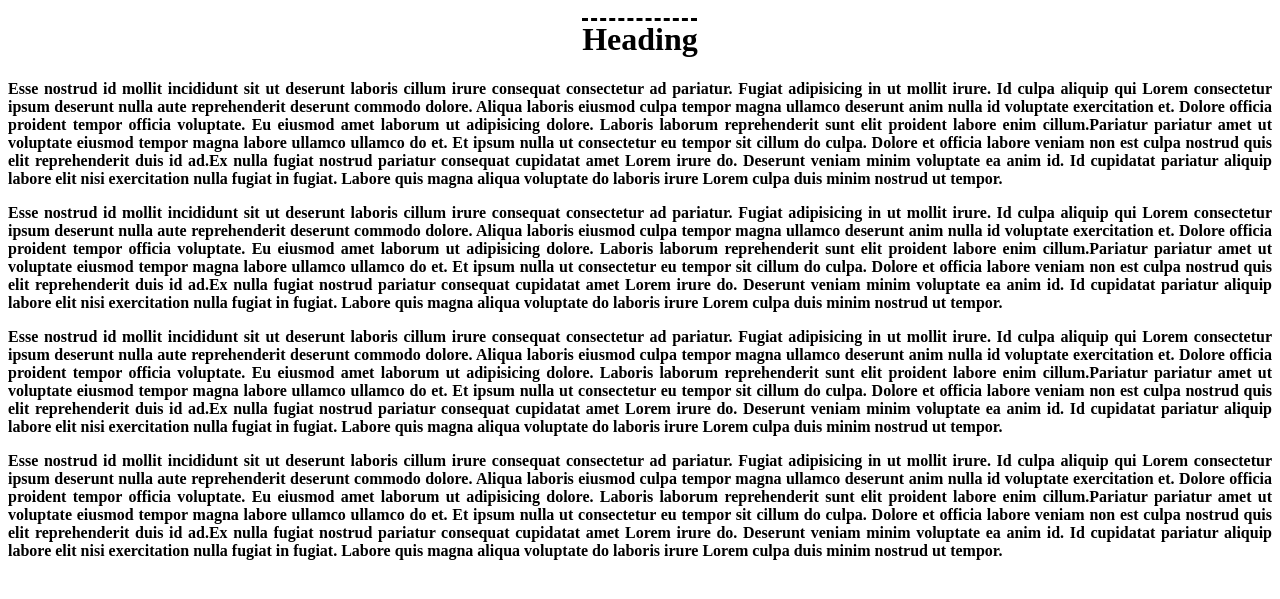
Repository: rakeshkolpepatil/CSS_Apana_College
Page: index.html
These files come from the project's save history. The page is drawn as it stood at one moment and after the next save; the edit follows.
The browser window is 1280 px wide. The pictures show the whole page.

Above is the page before, as saved 2023-06-22 09:42:24.

### index.html
<!DOCTYPE html>
<html lang="en">
<head>
  <meta charset="UTF-8">
  <meta name="viewport" content="width=device-width, initial-scale=1.0">
  <title>Document</title>
  <link rel="stylesheet" href="styleTwo.css">
</head>
<body>
  <h1> Heading </h1>
  <p id="pOne">Esse nostrud id mollit incididunt sit ut deserunt laboris cillum irure consequat consectetur ad pariatur. Fugiat adipisicing in ut mollit irure. Id culpa aliquip qui Lorem consectetur ipsum deserunt nulla aute reprehenderit deserunt commodo dolore. Aliqua laboris eiusmod culpa tempor magna ullamco deserunt anim nulla id voluptate exercitation et. Dolore officia proident tempor officia voluptate. Eu eiusmod amet laborum ut adipisicing dolore. Laboris laborum reprehenderit sunt elit proident labore enim cillum.Pariatur pariatur amet ut voluptate eiusmod tempor magna labore ullamco ullamco do et. Et ipsum nulla ut consectetur eu tempor sit cillum do culpa. Dolore et officia labore veniam non est culpa nostrud quis elit reprehenderit duis id ad.Ex nulla fugiat nostrud pariatur consequat cupidatat amet Lorem irure do. Deserunt veniam minim voluptate ea anim id. Id cupidatat pariatur aliquip labore elit nisi exercitation nulla fugiat in fugiat. Labore quis magna aliqua voluptate do laboris irure Lorem culpa duis minim nostrud ut tempor.
  </p>
  <p id="pTwo">Esse nostrud id mollit incididunt sit ut deserunt laboris cillum irure consequat consectetur ad pariatur. Fugiat adipisicing in ut mollit irure. Id culpa aliquip qui Lorem consectetur ipsum deserunt nulla aute reprehenderit deserunt commodo dolore. Aliqua laboris eiusmod culpa tempor magna ullamco deserunt anim nulla id voluptate exercitation et. Dolore officia proident tempor officia voluptate. Eu eiusmod amet laborum ut adipisicing dolore. Laboris laborum reprehenderit sunt elit proident labore enim cillum.Pariatur pariatur amet ut voluptate eiusmod tempor magna labore ullamco ullamco do et. Et ipsum nulla ut consectetur eu tempor sit cillum do culpa. Dolore et officia labore veniam non est culpa nostrud quis elit reprehenderit duis id ad.Ex nulla fugiat nostrud pariatur consequat cupidatat amet Lorem irure do. Deserunt veniam minim voluptate ea anim id. Id cupidatat pariatur aliquip labore elit nisi exercitation nulla fugiat in fugiat. Labore quis magna aliqua voluptate do laboris irure Lorem culpa duis minim nostrud ut tempor.
  </p>
  <p id="pThree">Esse nostrud id mollit incididunt sit ut deserunt laboris cillum irure consequat consectetur ad pariatur. Fugiat adipisicing in ut mollit irure. Id culpa aliquip qui Lorem consectetur ipsum deserunt nulla aute reprehenderit deserunt commodo dolore. Aliqua laboris eiusmod culpa tempor magna ullamco deserunt anim nulla id voluptate exercitation et. Dolore officia proident tempor officia voluptate. Eu eiusmod amet laborum ut adipisicing dolore. Laboris laborum reprehenderit sunt elit proident labore enim cillum.Pariatur pariatur amet ut voluptate eiusmod tempor magna labore ullamco ullamco do et. Et ipsum nulla ut consectetur eu tempor sit cillum do culpa. Dolore et officia labore veniam non est culpa nostrud quis elit reprehenderit duis id ad.Ex nulla fugiat nostrud pariatur consequat cupidatat amet Lorem irure do. Deserunt veniam minim voluptate ea anim id. Id cupidatat pariatur aliquip labore elit nisi exercitation nulla fugiat in fugiat. Labore quis magna aliqua voluptate do laboris irure Lorem culpa duis minim nostrud ut tempor.
  </p>
  <p id="pFour">Esse nostrud id mollit incididunt sit ut deserunt laboris cillum irure consequat consectetur ad pariatur. Fugiat adipisicing in ut mollit irure. Id culpa aliquip qui Lorem consectetur ipsum deserunt nulla aute reprehenderit deserunt commodo dolore. Aliqua laboris eiusmod culpa tempor magna ullamco deserunt anim nulla id voluptate exercitation et. Dolore officia proident tempor officia voluptate. Eu eiusmod amet laborum ut adipisicing dolore. Laboris laborum reprehenderit sunt elit proident labore enim cillum.Pariatur pariatur amet ut voluptate eiusmod tempor magna labore ullamco ullamco do et. Et ipsum nulla ut consectetur eu tempor sit cillum do culpa. Dolore et officia labore veniam non est culpa nostrud quis elit reprehenderit duis id ad.Ex nulla fugiat nostrud pariatur consequat cupidatat amet Lorem irure do. Deserunt veniam minim voluptate ea anim id. Id cupidatat pariatur aliquip labore elit nisi exercitation nulla fugiat in fugiat. Labore quis magna aliqua voluptate do laboris irure Lorem culpa duis minim nostrud ut tempor.
  </p>
</body>
</html>

### styleTwo.css
h1{
  text-align: center;
  text-decoration:  dotted underline  ;
  text-decoration:  dashed overline  ;
}
p{
  text-align: justify;
  font-weight: 700;
}

After the next save:
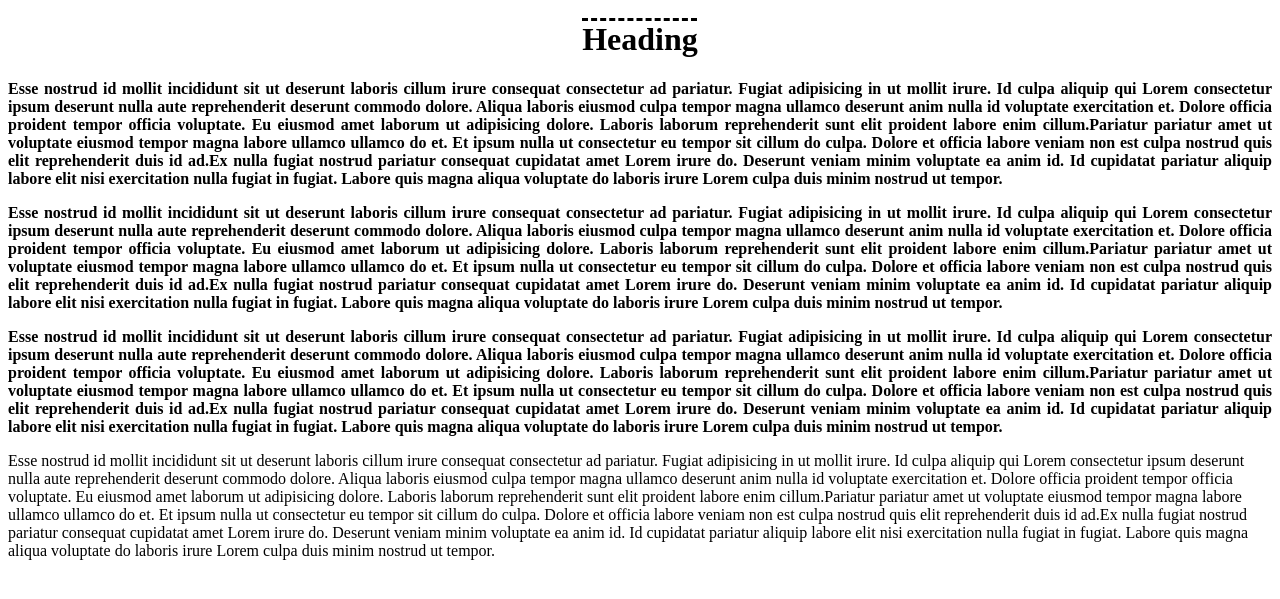
Saved 34 s later.
--- a/styleTwo.css
+++ b/styleTwo.css
@@ -3,7 +3,15 @@
   text-decoration:  dotted underline  ;
   text-decoration:  dashed overline  ;
 }
-p{
+#pOne{
   text-align: justify;
   font-weight: 700;
 }
+#pTwo{
+  text-align: justify;
+  font-weight: 700;
+}
+#pThree{
+  text-align: justify;
+  font-weight: 700;
+}

After the save that followed:
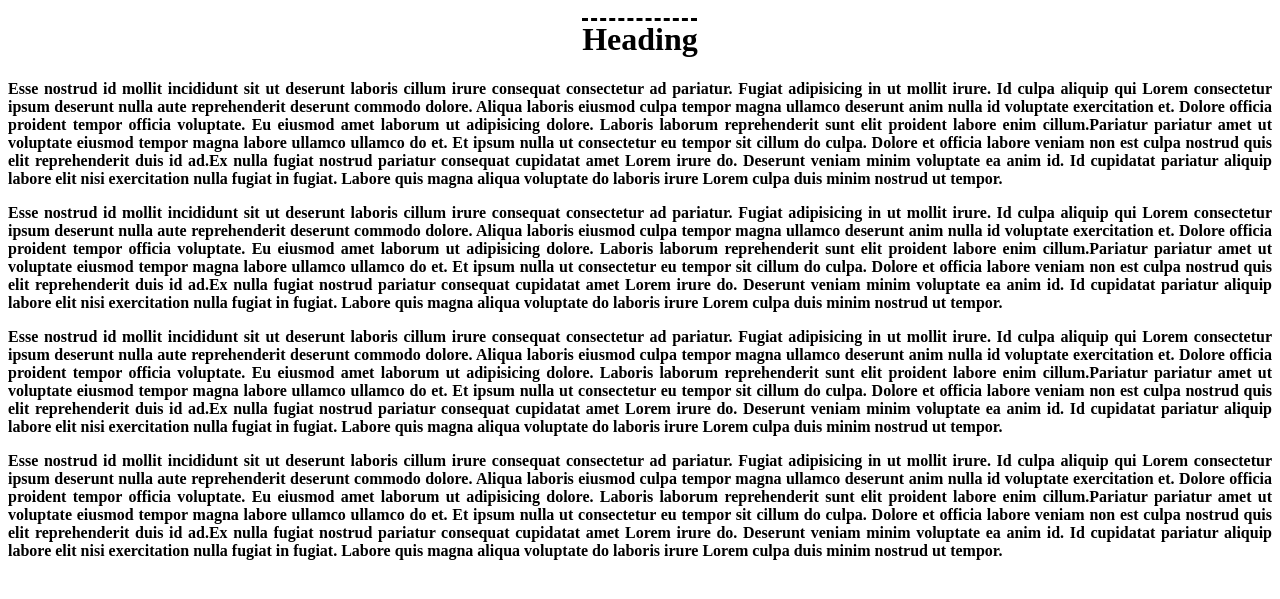
Saved 26 s later.
--- a/styleTwo.css
+++ b/styleTwo.css
@@ -15,3 +15,7 @@
   text-align: justify;
   font-weight: 700;
 }
+#pFour{
+  text-align: justify;
+  font-weight: 700;
+}
